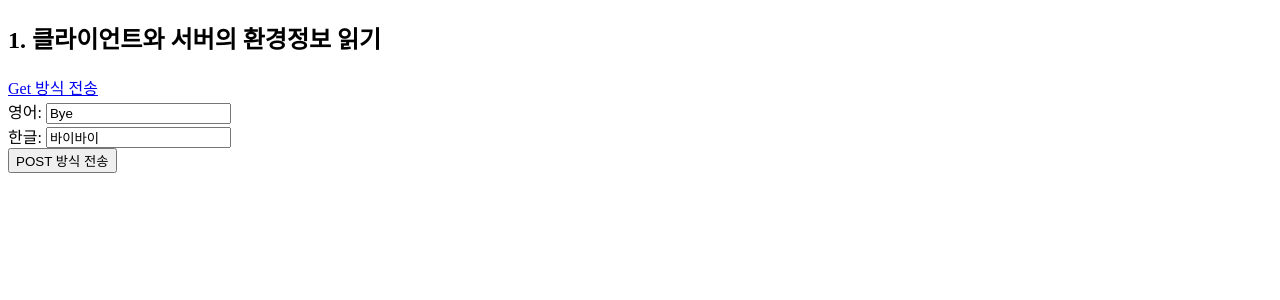
Repository: bhj305/JSP_Servlet
Page: http://localhost/MustHaveJSP/02ImplicitObject/RequestMain.jsp
These files come from the project's save history. The page is drawn as it stood at one moment and after the next save; the edit follows.
The browser window is 1280 px wide. The pictures show the whole page.
The page is served by Tomcat 10. Other server files are loaded and not shown.

Above is the page before, as saved 2025-05-02 05:48:06.

### MustHaveJSP/src/main/webapp/02ImplicitObject/RequestMain.jsp
<%@ page language="java" contentType="text/html; charset=UTF-8"
    pageEncoding="UTF-8"%>
<!DOCTYPE html>
<html>
	<head>
	<meta charset="UTF-8">
	<title>내장 객체 - request</title>
	</head>
	<body>
		<h2>1. 클라이언트와 서버의 환경정보 읽기</h2>
		<a href='./RequestWebInfo.jsp?eng=Hello&han=안녕'>
		Get 방식 전송
		</a>
		<br/>
		<form action="./RequestWebInfo.jsp" method="post" accept-charset="UTF-8">
			영어: <input type="text" name="eng" value="Bye" /><br/>
			한글: <input type="text" name="han" value="바이바이" /><br/>
			<input type="submit" value ="POST 방식 전송"/>
		</form>
	</body>
</html>

After the next save:
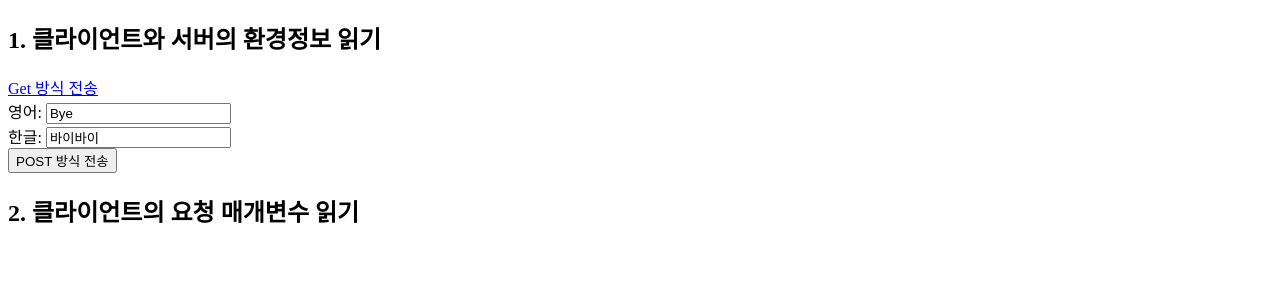
Saved 24 s later.
--- a/MustHaveJSP/src/main/webapp/02ImplicitObject/RequestMain.jsp
+++ b/MustHaveJSP/src/main/webapp/02ImplicitObject/RequestMain.jsp
@@ -17,5 +17,7 @@
 			한글: <input type="text" name="han" value="바이바이" /><br/>
 			<input type="submit" value ="POST 방식 전송"/>
 		</form>
+
+		<h2>2. 클라이언트의 요청 매개변수 읽기</h2>
 	</body>
 </html>
